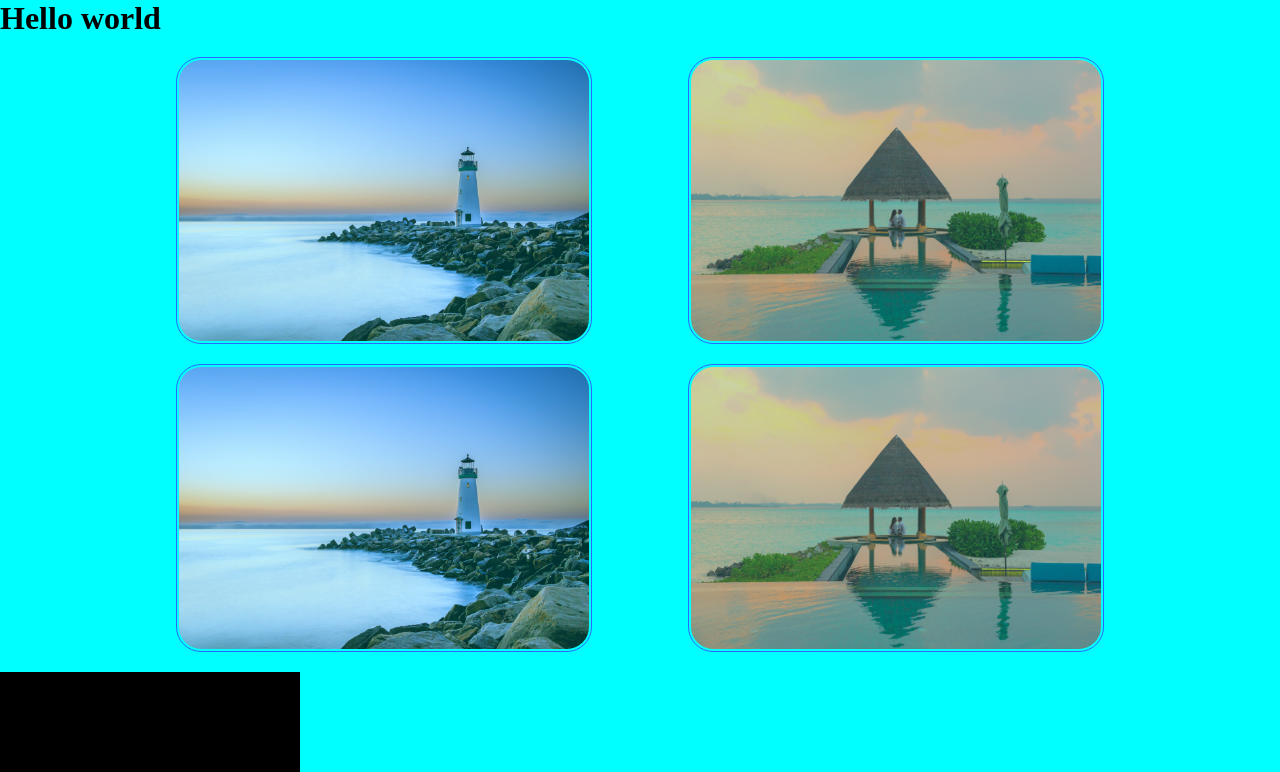
Repository: RPSKumara/DPEdudationPyhton
Page: ImageStyle/index.html
An editor plug-in stored every save of this project. The page is shown before and after the next save, followed by the edit.
The browser window is 1280 px wide. The pictures show the whole page.

Above is the page before, as saved 2022-04-20 11:18:52.

### ImageStyle/index.html
<!DOCTYPE html>
<html lang="en">
	<head>
		<meta charset="UTF-8" />
		<meta http-equiv="X-UA-Compatible" content="IE=edge" />
		<meta name="viewport" content="width=device-width, initial-scale=1.0" />
		<link rel="stylesheet" href="style.css" />
		<title>Document</title>
	</head>
	<body>
		<div class="container">
			<h1>Hello world</h1>
			<div class="imageSlider">
				<img src="Images/01.jpg" alt="images" class="previewImg" srcset="" />
				<img src="Images/02.jpg" alt="images" class="previewImg" srcset="" />
			</div>
            <div class="imageSlider">
				<img src="Images/01.jpg" alt="images" class="previewImg" srcset="" />
				<img src="Images/02.jpg" alt="images" class="previewImg" srcset="" />
			</div>
            <div class="animationHandle"></div>
		</div>
	</body>
</html>

### ImageStyle/style.css
*{
    margin: 0;
    padding: 0;
}
.container{
    width: 100%;
    background-color: aqua;
}
.imageSlider{
    min-width: 80%;
    width: 80%;
    margin: 20px 10%;
    display: flex;
    flex-wrap: wrap;
    justify-content: space-around;
}
.previewImg{
    width: 40%;
    border:1px rgba(76, 0, 255, 0.747) solid;
    padding: 2px;
    height: auto;
    opacity: 80%;
    border-radius: 25px;
    -webkit-border-radius: 25px;
    -moz-border-radius: 25px;
    -ms-border-radius: 25px;
    -o-border-radius: 25px;
}
.animationHandle{
    width: 300px;
    height: 100px;
    background-color: black;
}
.animationHandle:hover{
    transform:skew(30deg,30deg);
}

After the next save:
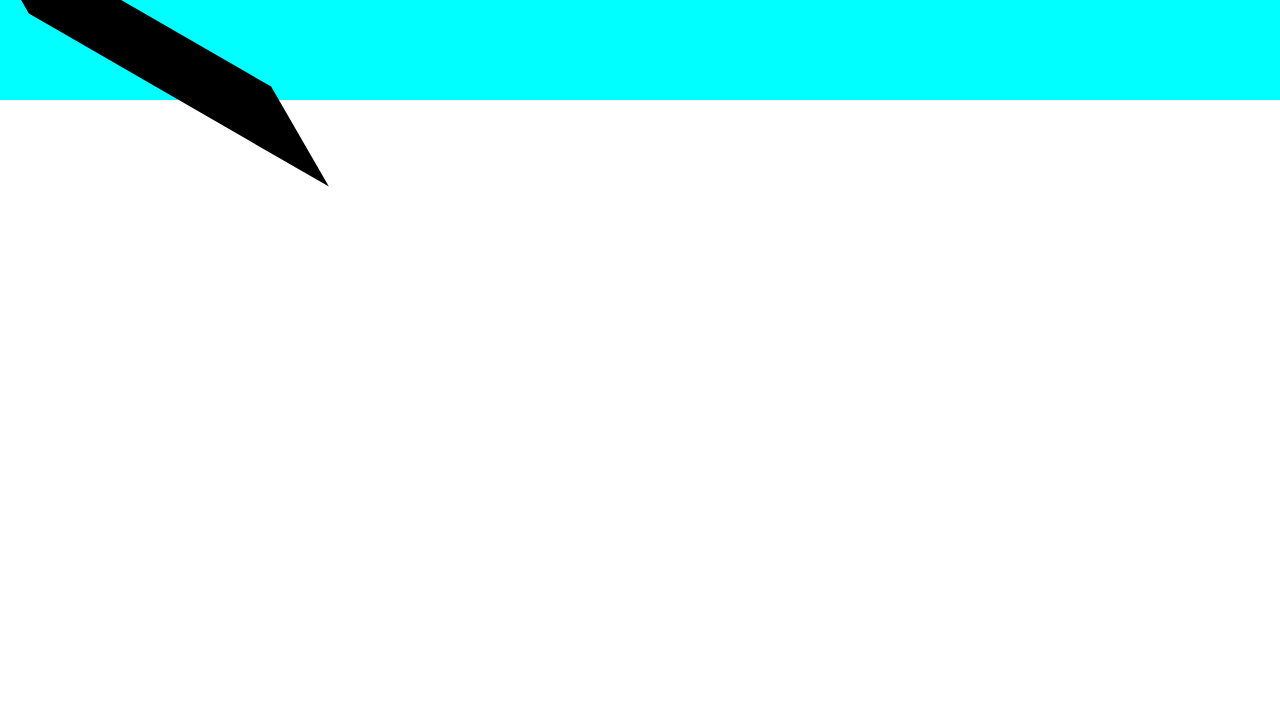
Saved 15 s later.
--- a/ImageStyle/index.html
+++ b/ImageStyle/index.html
@@ -9,7 +9,7 @@
 	</head>
 	<body>
 		<div class="container">
-			<h1>Hello world</h1>
+			<!-- <h1>Hello world</h1>
 			<div class="imageSlider">
 				<img src="Images/01.jpg" alt="images" class="previewImg" srcset="" />
 				<img src="Images/02.jpg" alt="images" class="previewImg" srcset="" />
@@ -17,7 +17,7 @@
             <div class="imageSlider">
 				<img src="Images/01.jpg" alt="images" class="previewImg" srcset="" />
 				<img src="Images/02.jpg" alt="images" class="previewImg" srcset="" />
-			</div>
+			</div> -->
             <div class="animationHandle"></div>
 		</div>
 	</body>
